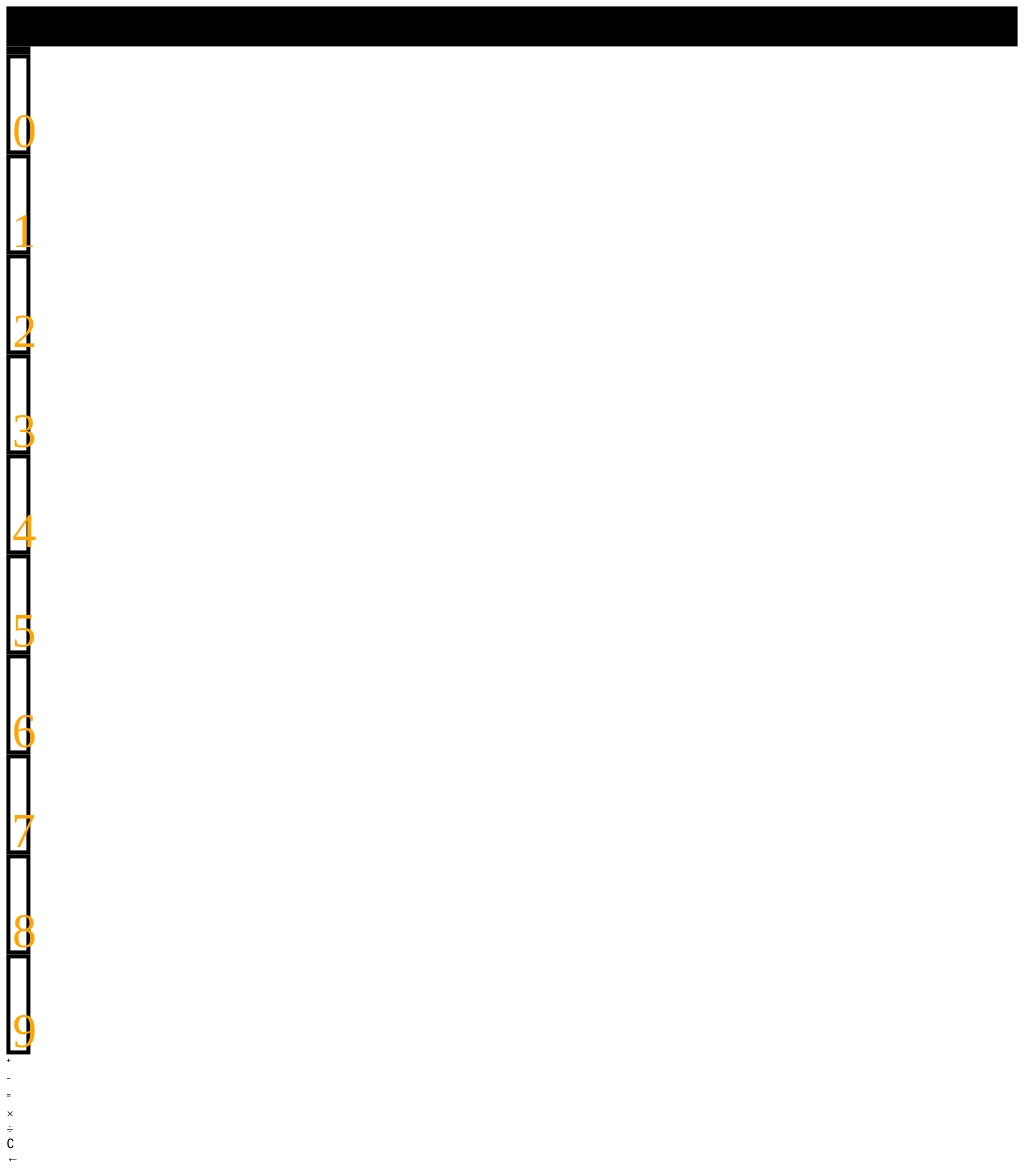
Repository: TEazy2433/LAB-calculator
Page: index.html
These files come from the project's save history. The page is drawn as it stood at one moment and after the next save; the edit follows.
The browser window is 1280 px wide. The pictures show the whole page, at 80% of full size.

Above is the page before, as saved 2023-10-12 20:57:34.

### index.html
<!DOCTYPE html>
<html lang="en">
<head>
  <meta charset="UTF-8">
  <meta name="viewport" content="width=device-width, initial-scale=1.0">
  <title>calculator</title>
  <link rel="stylesheet" href="main.css">
</head>
<body>
  <div class="container"></div>
    <div class="display"></div>
    <div class="buttons"></div>
      <div class="numbers"></div>
        <div class="number">&#8320;</div>
        <div class="number">&#8321;</div>
        <div class="number">&#8322;</div>
        <div class="number">&#8323;</div>
        <div class="number">&#8324;</div>
        <div class="number">&#8325;</div>
        <div class="number">&#8326;</div>
        <div class="number">&#8327;</div>
        <div class="number">&#8328;</div>
        <div class="number">&#8329;</div>
        <div class="operator">&#8314;</div>
        <div class="operator">&#8315;</div>
        <div class="operator">&#8316;</div>
        <div class="operator">&#215;</div>
        <div class="operator">&#247;</div>
        <div class="clear">&#8705;</div>
        <div class="arrow">&#8592;</div>
    </div>
  </div>
</body>
</html>

### main.css
.container{
  background-color: white;
  width: 500%;
  margin: auto;
}

.container{
  width: 100%;
  background-color: black;
  height: 50px;
  font-size: 48px;
  display: flex;
  justify-content: flex-end;
}
.buttons{
  font-size: 100px;
  width: 20px;
  border: solid black 5px;
}
.number{
  font-size: 100px;
  width: 20px;
  border: solid black 5px;
  color: orange;
}

After the next save:
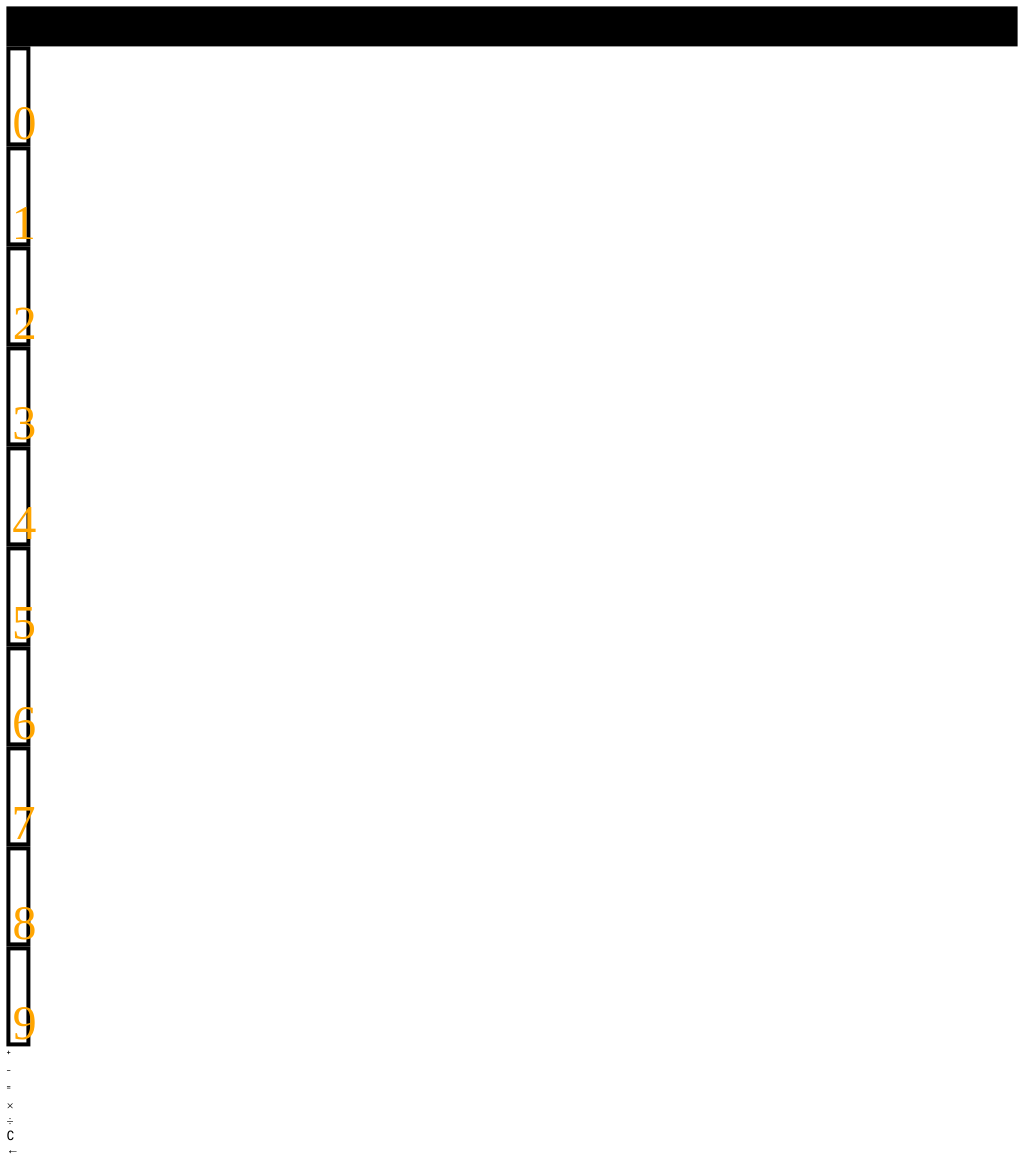
Saved 22 s later.
--- a/main.css
+++ b/main.css
@@ -12,11 +12,6 @@
   display: flex;
   justify-content: flex-end;
 }
-.buttons{
-  font-size: 100px;
-  width: 20px;
-  border: solid black 5px;
-}
 .number{
   font-size: 100px;
   width: 20px;
